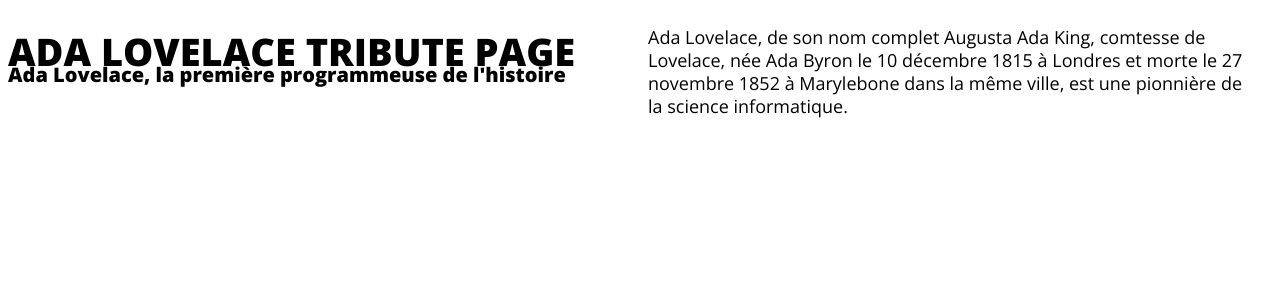
Repository: b3no1t/integration-training
Page: onepage-adalovelace/src/index.html
An editor plug-in stored every save of this project. The page is shown before and after the next save, followed by the edit.
The browser window is 1280 px wide. The pictures show the whole page.

Above is the page before, as saved 2025-01-27 15:18:48.

After the next save:
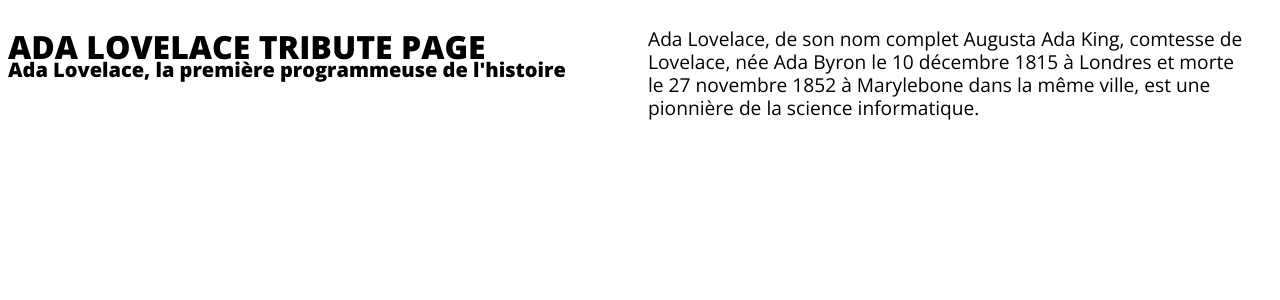
Not found: onepage-adalovelace/src/assets/assets/bg-header.png
Saved 103 s later.
--- a/onepage-adalovelace/src/assets/css/main.css
+++ b/onepage-adalovelace/src/assets/css/main.css
@@ -27,7 +27,8 @@
  border: 1px soid red;
 }
 .section-intro{
- background: url(../../assets/img/bg-header.png) cover;
+ background-image: url(../assets/bg-header.png);
+ background-size: cover;
  display: flex;
  justify-content: space-between;
  gap: 1rem;
@@ -47,7 +48,7 @@
   display: block;
    font-size: 20px;
  }
-}
+
 
 /*content*/
 * {

After the save that followed:
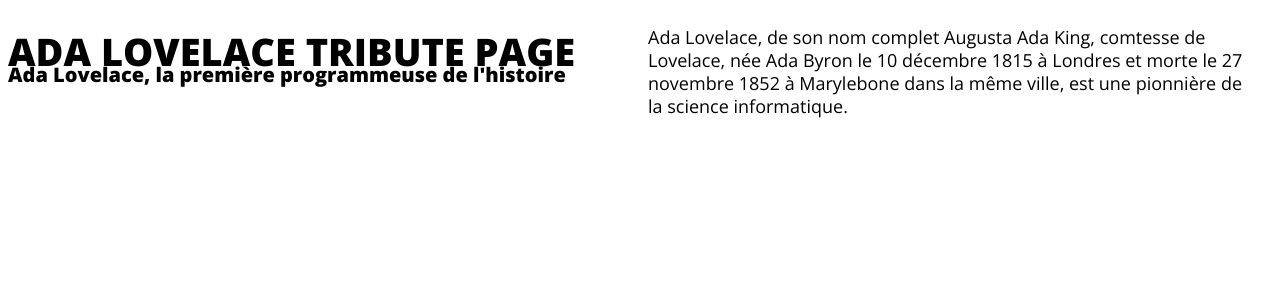
Saved 52 s later.
--- a/onepage-adalovelace/src/assets/css/main.css
+++ b/onepage-adalovelace/src/assets/css/main.css
@@ -2,15 +2,11 @@
 * ADA Style
 */
 
-
-
-.wrapper{
- max-width: 1300px;
- width: 100%;
- margin-inline: auto
+.wrapper {
+  max-width: 1300px;
+  width: 100%;
+  margin-inline: auto;
 }
-
-
 
 /* layout*/
 .full-width {
@@ -23,32 +19,33 @@
 }
 
 main > * + * {
- margin-top: 2em;
- border: 1px soid red;
+  margin-top: 2em;
+  border: 1px soid red;
 }
-.section-intro{
- background-image: url(../assets/bg-header.png);
- background-size: cover;
- display: flex;
- justify-content: space-between;
- gap: 1rem;
- & div{
-  width: 50%;
- }
- & p{
-  font-size: 18px;
-  line-height: 23px;
- }
- & h2{
-  font-size: 38px;
-  display: block;
-  font-weight: 900;
- }
- & span{
-  display: block;
-   font-size: 20px;
- }
+.section-intro {
+  background-image: url(../assets/bg-header.png);
+  background-size: cover;
+  display: flex;
+  justify-content: space-between;
+  gap: 1rem;
 
+  & div {
+    width: 50%;
+  }
+  & p {
+    font-size: 18px;
+    line-height: 23px;
+  }
+  & h2 {
+    font-size: 38px;
+    display: block;
+    font-weight: 900;
+  }
+  & span {
+    display: block;
+    font-size: 20px;
+  }
+}
 
 /*content*/
 * {
@@ -64,10 +61,10 @@
   font-size: 4rem;
   font-weight: 900;
 }
-h2{
- font-size: 2rem;
- line-height: 23px;
+h2 {
+  font-size: 2rem;
+  line-height: 23px;
 }
-p{
- font-size: 1.2rem;
+p {
+  font-size: 1.2rem;
 }
